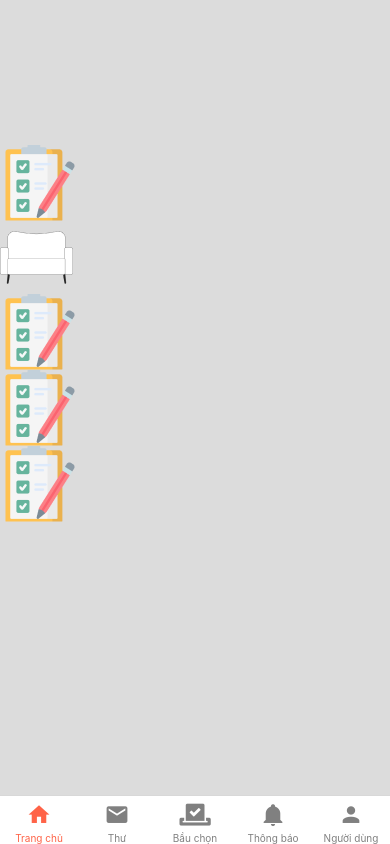
Repository: diepdung02/AppPTC
Page: /Home
These files come from the project's save history. The page is drawn as it stood at one moment and after a run of saves; the edit follows.
The browser window is 390 px wide. The pictures show the whole page.
The page's requests for data from a server got no answer. The app was drawn by React Native's web renderer in a window 390 px wide. The project was rebuilt for these pictures with package versions that can differ from the ones it lists, and the page was loaded fresh each time. No one was signed in, and anything a server would have sent is missing. Also part of the build but not shown: screen/home/MailScreen.tsx, screen/home/NotificationScreen.tsx, screen/home/UserScreen.tsx, screen/home/VoteScreen.tsx. Imported but missing from the stored project, and not drawn on this page: assets.

Above is the page before, as saved 2024-06-30 15:15:04.

### App.tsx
// App.tsx

import React from 'react';
import { NavigationContainer } from '@react-navigation/native';
import { createStackNavigator } from '@react-navigation/stack';
import { LoginScreen, HomeScreen, NotificationScreen, UserScreen, MailScreen, VoteScreen } from './screen/index';
import { createBottomTabNavigator } from '@react-navigation/bottom-tabs';
import { MaterialCommunityIcons, FontAwesome5 } from '@expo/vector-icons'; // Sử dụng MaterialCommunityIcons từ expo/vector-icons

const Stack = createStackNavigator();
const Tab = createBottomTabNavigator();

const HomeTabNavigator: React.FC = () => {
  return (
    <Tab.Navigator
      initialRouteName="HomeTab"
      screenOptions={{
        tabBarActiveTintColor: 'tomato',
        tabBarInactiveTintColor: 'gray',
        tabBarStyle: { display: 'flex' },
      }}
    >
      <Tab.Screen
        name="HomeTab"
        component={HomeScreen}
        options={{
          headerShown: false,
          tabBarLabel: 'Trang chủ',
          tabBarIcon: ({ color, size }) => (
            <MaterialCommunityIcons name="home" color={color} size={size} />
          ),
        }}
      />

      <Tab.Screen
        name="Mail"
        component={MailScreen}
        options={{
          headerShown: false,
          tabBarLabel: 'Thư',
          tabBarIcon: ({ color, size }) => (
            <MaterialCommunityIcons name="email" color={color} size={size} />
          ),
        }}
      />

      <Tab.Screen
        name="Vote"
        component={VoteScreen}
        options={{
          headerShown: false,
          tabBarLabel: 'Bầu chọn',
          tabBarIcon: ({ color, size }) => (
            <FontAwesome5 name="vote-yea" color={color} size={size} />
          ),
        }}
      />

      <Tab.Screen
        name="Notifications"
        component={NotificationScreen}
        options={{
          headerShown: false,
          tabBarLabel: 'Thông báo',
          tabBarIcon: ({ color, size }) => (
            <MaterialCommunityIcons name="bell" color={color} size={size} />
          ),
        }}
      />
      <Tab.Screen
        name="User"
        component={UserScreen}
        options={{
          headerShown: false,
          tabBarLabel: 'Người dùng',
          tabBarIcon: ({ color, size }) => (
            <MaterialCommunityIcons name="account" color={color} size={size} />
          ),
        }}
      />
    </Tab.Navigator>
  );
}

const App: React.FC = () => {
  return (
    <NavigationContainer>
      <Stack.Navigator initialRouteName="Login">
        <Stack.Screen name="Login" component={LoginScreen} options={{ headerShown: false }} />
        <Stack.Screen name="Home" component={HomeTabNavigator} options={{ headerShown: false }} />
      </Stack.Navigator>
    </NavigationContainer>
  );
};

export default App;

### screen/index.tsx
import LoginScreen from './auth/LoginScreen';
import HomeScreen from './home/HomeScreen';
// screen/index.tsx

export { default as MailScreen } from './home/MailScreen';
export { default as NotificationScreen } from './home/NotificationScreen';
export { default as UserScreen } from './home/UserScreen';
export { default as VoteScreen } from './home/VoteScreen';


export{
    LoginScreen,
    HomeScreen,

}

### screen/auth/LoginScreen.tsx
// LoginScreen.tsx
import React, { useState, useEffect } from 'react';
import { View, TextInput, StyleSheet, TouchableOpacity, Text, Image } from 'react-native';
import { FontAwesome, MaterialIcons } from '@expo/vector-icons';
import { Formik } from 'formik';
import * as Yup from 'yup';
import AsyncStorage from '@react-native-async-storage/async-storage';
import COLORS from '../../constants/Color';
import { login, ApiResponse } from '../../API'; // Import API functions

type LoginProps = {
  navigation: any;
};

type FormValues = {
  username: string;
  password: string;
};

const LoginScreen: React.FC<LoginProps> = ({ navigation }) => {
  const [hidePassword, setHidePassword] = useState<boolean>(true);
  const [rememberPassword, setRememberPassword] = useState<boolean>(false);

  useEffect(() => {
    const checkRememberPassword = async () => {
      try {
        const savedPassword = await AsyncStorage.getItem('password');
        if (savedPassword) {
          setRememberPassword(true);
        }
      } catch (error) {
        console.error('Error reading password from AsyncStorage:', error);
      }
    };
    checkRememberPassword();
  }, []);

  const togglePasswordVisibility = () => {
    setHidePassword(!hidePassword);
  };

  const handleLogin = async (values: FormValues) => {
    try {
      const { username, password } = values;
      const response: ApiResponse<any> = await login({ username, password });
      if (response.success) {
        // Xử lý khi đăng nhập thành công
        alert('Đăng nhập thành công!');
        navigation.navigate('Home');
      } else {
        // Xử lý khi đăng nhập thất bại
        alert('Đăng nhập thất bại! ' + response.error);
      }
    } catch (error) {
      console.error('Error logging in:', error);
      alert('Đăng nhập thất bại! Vui lòng thử lại.');
    }
  };

  const validationSchema = Yup.object({
    username: Yup.string().required('Chưa nhập tên đăng nhập'),
    password: Yup.string().required('Chưa nhập mật khẩu'),
  });

  return (
    <Formik
      initialValues={{
        username: '',
        password: '',
      }}
      validationSchema={validationSchema}
      onSubmit={(values) => handleLogin(values)}
    >
      {({ values, touched, errors, handleChange, handleSubmit, handleBlur }) => (
        <View style={styles.container}>
          <Image source={require('../../assets/logo.png')} style={styles.logo} />
          <View style={styles.inputContainer}>
            <FontAwesome name="user" size={20} color="black" />
            <TextInput
              style={styles.textInput}
              placeholder="Username"
              value={values.username}
              onChangeText={handleChange('username')}
              onBlur={handleBlur('username')}
            />
          </View>
          {touched.username && errors.username && (
            <Text style={styles.errorText}>{errors.username}</Text>
          )}

          <View style={styles.inputContainer}>
            <FontAwesome name="lock" size={20} color="black" />
            <TextInput
              style={styles.textInput}
              placeholder="Password"
              secureTextEntry={hidePassword}
              value={values.password}
              onChangeText={handleChange('password')}
              onBlur={handleBlur('password')}
            />
            <TouchableOpacity onPress={togglePasswordVisibility}>
              <MaterialIcons
                name={hidePassword ? 'visibility-off' : 'visibility'}
                size={20}
                color="black"
              />
            </TouchableOpacity>
          </View>
          {touched.password && errors.password && (
            <Text style={styles.errorText}>{errors.password}</Text>
          )}

          <TouchableOpacity style={styles.loginButton} onPress={handleSubmit as any}>
            <Text style={styles.buttonText}>Login</Text>
          </TouchableOpacity>
          <TouchableOpacity onPress={() => navigation.navigate('ForgotPassword')}>
            <Text style={styles.forgotPasswordText}>Forgot Password?</Text>
          </TouchableOpacity>
        </View>
      )}
    </Formik>
  );
};

const styles = StyleSheet.create({
  container: {
    flex: 1,
    backgroundColor: COLORS.colorMain,
    alignItems: 'center',
    justifyContent: 'center',
  },
  logo: {
    width: 150,
    height: 150,
    marginBottom: 50,
  },
  inputContainer: {
    flexDirection: 'row',
    alignItems: 'center',
    backgroundColor: '#FFFFFF',
    borderRadius: 5,
    width: '80%',
    marginBottom: 20,
    padding: 10,
  },
  textInput: {
    flex: 1,
    marginLeft: 10,
  },
  loginButton: {
    backgroundColor: COLORS.blue,
    width: '80%',
    padding: 15,
    borderRadius: 5,
    alignItems: 'center',
  },
  buttonText: {
    color: 'white',
    fontSize: 16,
  },
  forgotPasswordText: {
    color: '#005A8C',
    marginTop: 20,
  },
  errorText: {
    color: 'red',
    fontSize: 12,
    marginBottom: 20,
  },
});

export default LoginScreen;

### screen/home/HomeScreen.tsx
import React, { useEffect, useState } from 'react';
import { View, Text, Image, StyleSheet, SafeAreaView,FlatList } from 'react-native';
import COLORS from '../../constants/Color';
import { ApiResponse, fetchUser } from '../../API'; // Điều chỉnh đường dẫn để phù hợp với cấu trúc tệp của bạn

const HomeScreen: React.FC = () => {
  const [userData, setUserData] = useState<any>({});

  useEffect(() => {
    const fetchUserData = async () => {
      const userId = '1'; // Thay thế với userId thực tế hoặc lấy động
      const response: ApiResponse<any> = await fetchUser(userId);
      if (response.success) {
        setUserData(response.data); // Giả định API trả về một đối tượng có các thuộc tính 'name' và 'dept'
      } else {
        console.error('Lỗi khi lấy dữ liệu người dùng:', response.error);
      }
    };

    fetchUserData();
  }, []);

  return (
    <SafeAreaView style={styles.container}>
      <View style={styles.inforContainer}>
        <Image source={{ uri: userData.avatar }} style={styles.avatar} />
        <View style={styles.txtInfor}>
          <Text style={styles.txtName}>{userData.name}</Text>
          <Text style={styles.txtDept}>{userData.dept}</Text>
        </View>
      </View>
      <View>
        <Image source={require('../../assets/check .png')}/>
        <Image source={require('../../assets/Product.png')}/>
        <Image source={require('../../assets/')}/>
        <Image source={require('../../assets/check .png')}/>
        <Image source={require('../../assets/check .png')}/>
        <Image source={require('../../assets/check .png')}/>
      </View>
    </SafeAreaView>
  );
};

const styles = StyleSheet.create({
  container:{
    flex:1,
    backgroundColor:COLORS.colorMain,
  },
  avatar:{
    width:75,
    height:75,
    marginTop:70,
    marginLeft:20,
  },
  inforContainer:{
    flexDirection:"row",
    alignItems:"center"
  },
  txtInfor:{
    marginTop:70,
    paddingLeft:10,
  },
  txtName:{
    fontSize:20
  },
  txtDept:{
    fontSize:18
  }
});

export default HomeScreen;

### constants/Color.tsx
const COLORS = {
    colorMain:"#DCDCDC",
    blue: "#09648C"

  };
  export default COLORS;

### API.ts
// api.ts
export interface ApiResponse<T> {
  success: boolean;
  data?: T;
  error?: string;
}

export const fetchData = async (): Promise<ApiResponse<any>> => {
  try {
    const response = await fetch('https://668100b656c2c76b495d38a8.mockapi.io/PTC');
    if (!response.ok) {
      throw new Error('Network response was not ok');
    }
    const data = await response.json();
    return { success: true, data };
  } catch (error) {
    console.error('Error fetching data:', error);
    return { success: false, error: 'Error fetching data' };
  }
};

export interface LoginRequest {
  username: string;
  password: string;
}

export const login = async ({ username, password }: LoginRequest): Promise<ApiResponse<any>> => {
  try {
    const response = await fetch('https://668100b656c2c76b495d38a8.mockapi.io/PTC', {
      method: 'POST',
      headers: {
        'Content-Type': 'application/json',
      },
      body: JSON.stringify({ username, password }),
    });
    if (!response.ok) {
      throw new Error('Network response was not ok');
    }
    const data = await response.json();
    return { success: true, data };
  } catch (error) {
    console.error('Error logging in:', error);
    return { success: false, error: 'Error logging in' };
  }
};

export interface User {
  id: string;
  name: string;
  avatar: string;
  dept: string;
}

export const fetchUser = async (userId: string): Promise<ApiResponse<User>> => {
  try {
    const response = await fetch(`https://668100b656c2c76b495d38a8.mockapi.io/PTC/${userId}`);
    if (!response.ok) {
      throw new Error('Network response was not ok');
    }
    const data = await response.json();
    return { success: true, data };
  } catch (error) {
    console.error('Error fetching user data:', error);
    return { success: false, error: 'Error fetching user data' };
  }
};

After the next 2 saves:
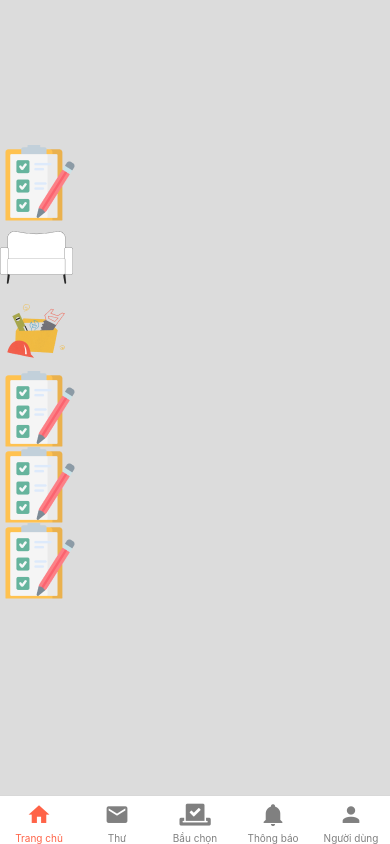
The 2 saves are shown as one change because they came seconds apart.
The last was saved 12 s later.
--- a/screen/home/HomeScreen.tsx
+++ b/screen/home/HomeScreen.tsx
@@ -32,7 +32,7 @@ const HomeScreen: React.FC = () => {
       <View>
         <Image source={require('../../assets/check .png')}/>
         <Image source={require('../../assets/Product.png')}/>
-        <Image source={require('../../assets/')}/>
+        <Image source={require('../../assets/Output.png')}/>
         <Image source={require('../../assets/check .png')}/>
         <Image source={require('../../assets/check .png')}/>
         <Image source={require('../../assets/check .png')}/>
